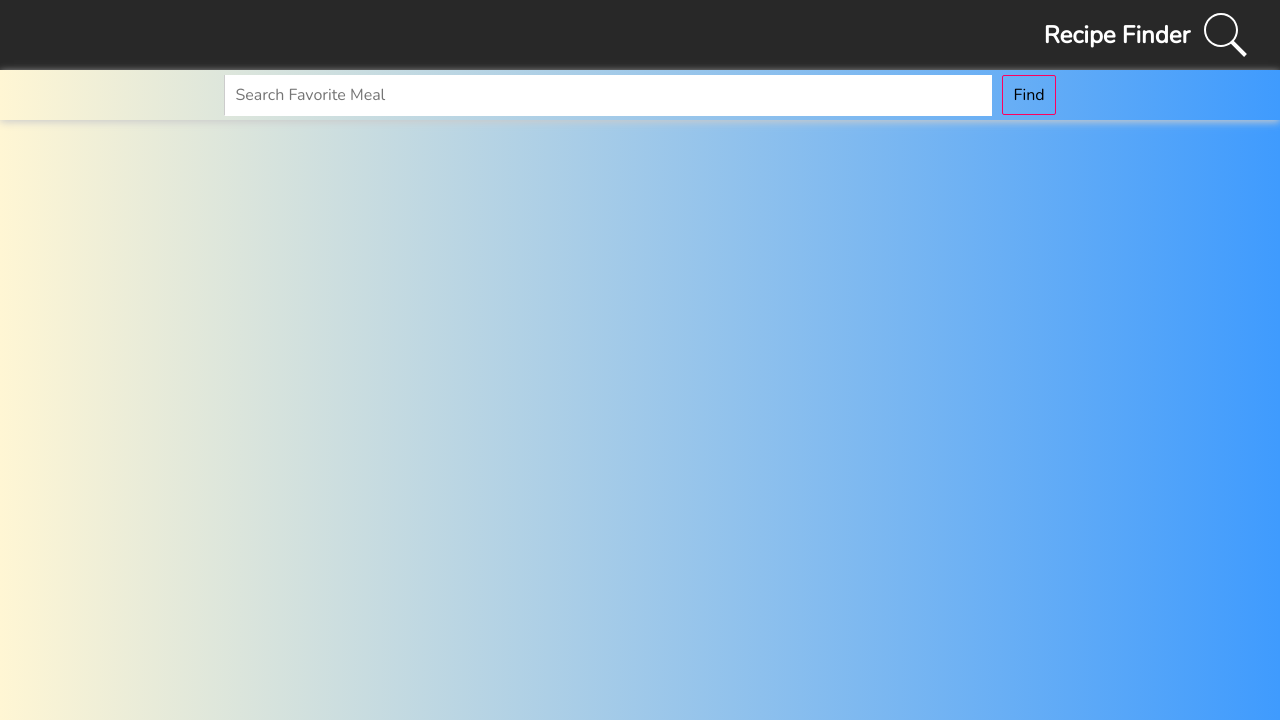
Repository: burntaftermint/recipes
Page: index.html
These files come from the project's save history. The page is drawn as it stood at one moment and after the next save; the edit follows.
The browser window is 1280 px wide. The pictures show the whole page.
The page's requests for data from a server got no answer.

Above is the page before, as saved 2023-11-07 03:39:17.

After the next save:
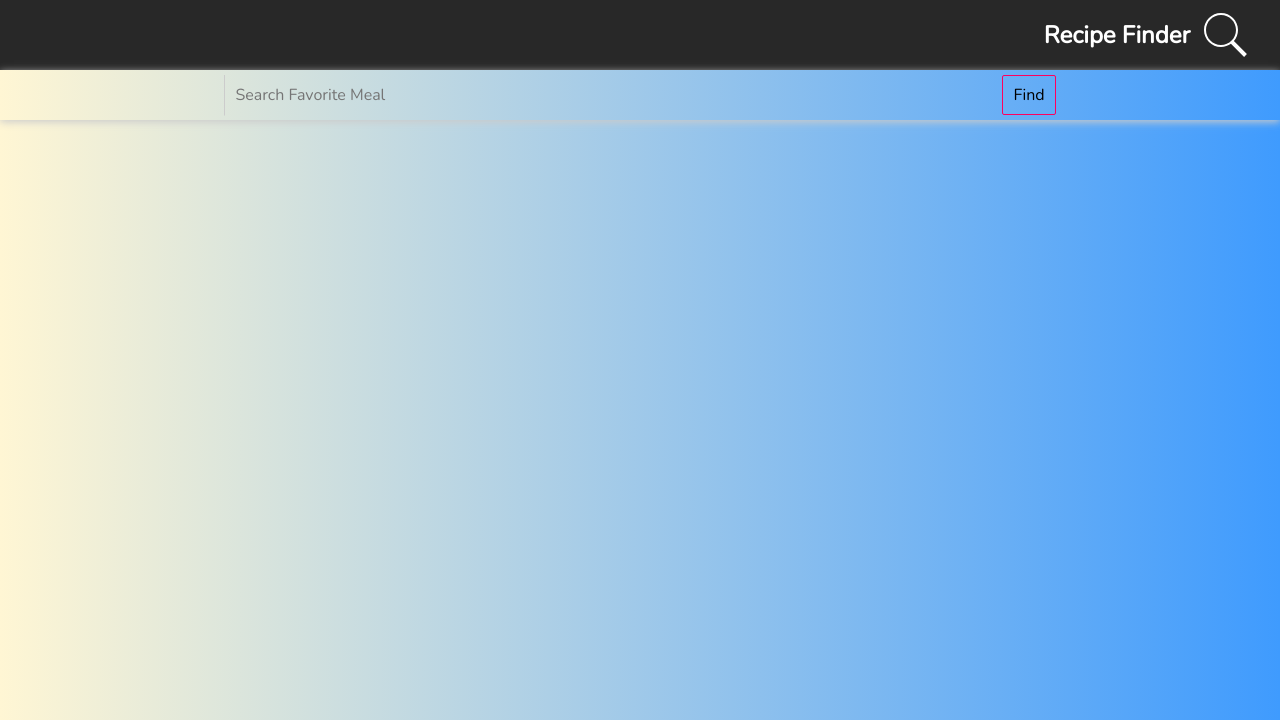
Saved 30 s later.
--- a/style.css
+++ b/style.css
@@ -59,6 +59,8 @@ header img {
     outline: none;
     transition: all 200ms ease-in-out;
     width: 60%;
+    background: transparent;
+    color: var(--light-color);
 
 }
 
@@ -66,8 +68,7 @@ header img {
     border-left-color: transparent;
     border-bottom-color: var(--border-color);
     width: 61%;
-    background: transparent;
-    color: var(--light-color);
+
 }
 
 .btn {
